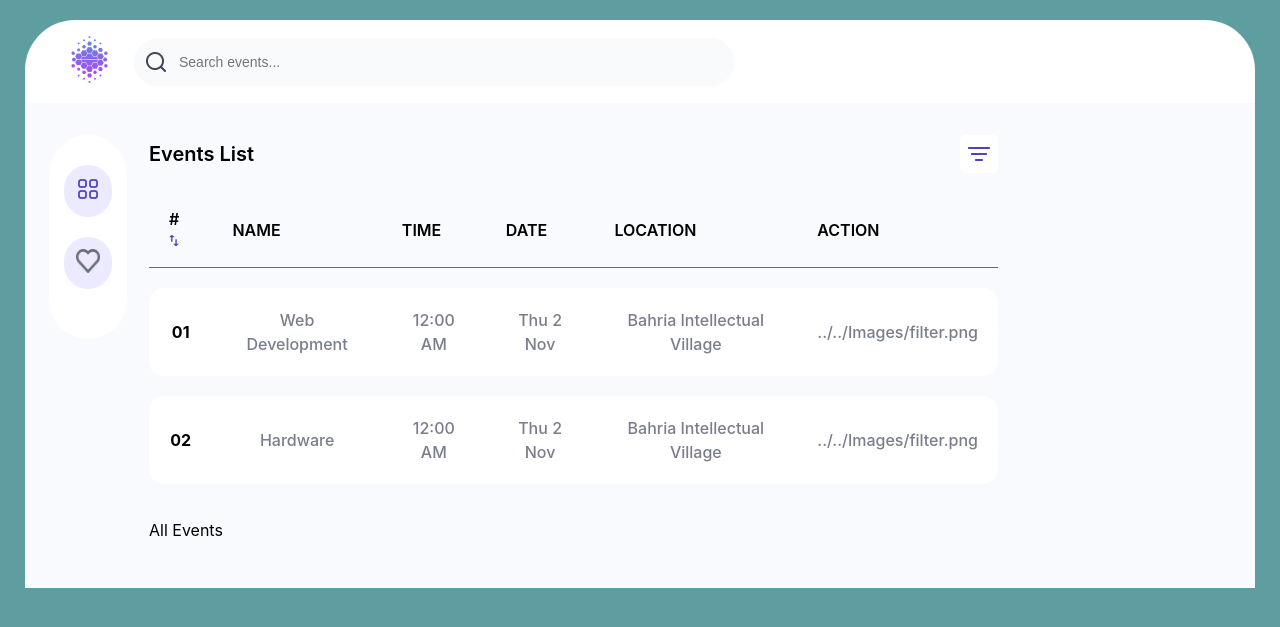
Repository: ahmadunitedsol710/react-dashboard
Page: /
These files come from the project's save history. The page is drawn as it stood at one moment and after a run of saves; the edit follows.
The browser window is 1280 px wide. The pictures show the whole page.
The project was rebuilt for these pictures with package versions that can differ from the ones it lists, and the page was loaded fresh each time.

Above is the page before, as saved 2024-07-30 11:42:07.

After the next 2 saves:
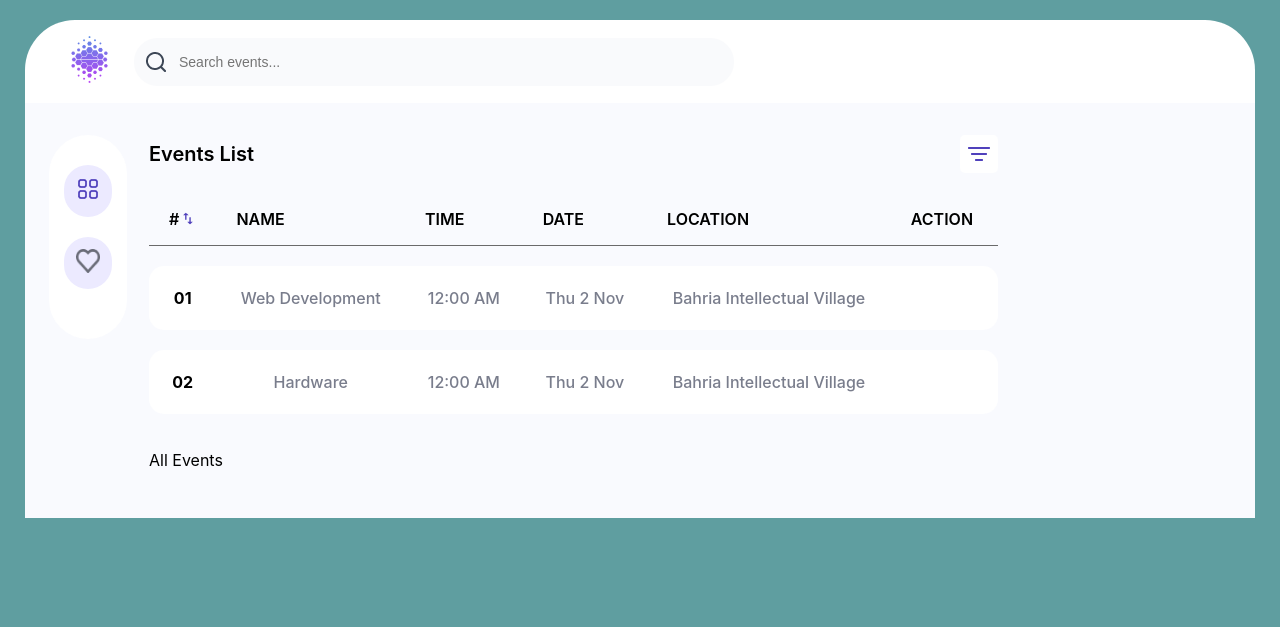
The 2 saves are shown as one change because they came seconds apart.
The last was saved 52 s later.
--- a/src/Components/Body/eventlist.js
+++ b/src/Components/Body/eventlist.js
@@ -39,7 +39,7 @@ const Eventlist = () => {
                                 <td className='details' data-label="time">{data.time}</td>
                                 <td className='details' data-label="date">{data.date}</td>
                                 <td className='details' data-label="location">{data.location}</td>
-                                <td className='details' data-label="location"> {data.action} </td>
+                                <td className='details' data-label="location"> <img src="" alt="" /> </td>
                             </tr>
                             ))}
                         </tbody>
